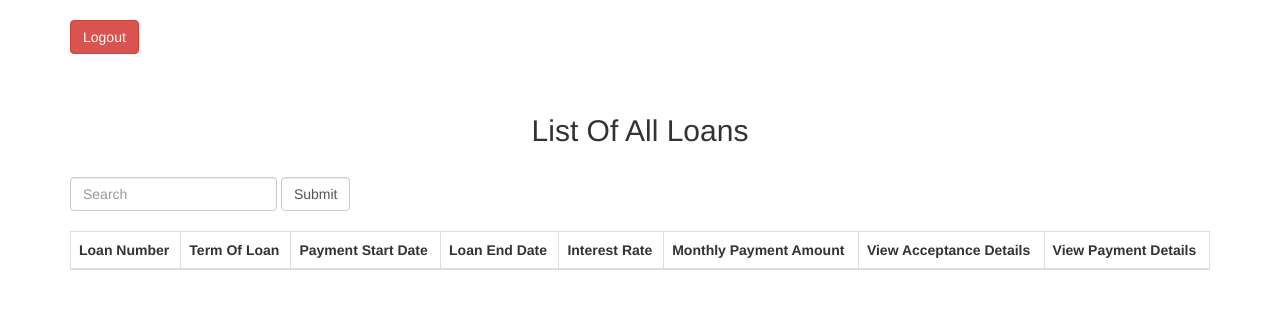
Repository: Bayvao/E-Loan-Project
Page: http://localhost/E-Loan-Project/WEB-INF/views/loan-list.jsp
These files come from the project's save history. The page is drawn as it stood at one moment and after the next save; the edit follows.
The browser window is 1280 px wide. The pictures show the whole page.
The page is served by Tomcat 9. Nobody is signed in. Other server files are loaded and not shown. The template is opened directly, without the code that normally fills it, so the values that code supplies are empty.

Above is the page before, as saved 2020-07-25 12:51:45.

### E-Loan-Project/src/main/webapp/WEB-INF/views/loan-list.jsp
<%@ taglib prefix="form" uri="http://www.springframework.org/tags/form"%>
<%@ taglib prefix="security"
	uri="http://www.springframework.org/security/tags"%>
<%@ taglib prefix="c" uri="http://java.sun.com/jsp/jstl/core"%>

<!DOCTYPE html>
<html lang="en">
<head>
<title>Loan List</title>

<meta charset="utf-8">
<meta name="viewport" content="width=device-width, initial-scale=1">
<link rel="stylesheet"
	href="https://maxcdn.bootstrapcdn.com/bootstrap/3.4.1/css/bootstrap.min.css">
<script
	src="https://ajax.googleapis.com/ajax/libs/jquery/3.5.1/jquery.min.js"></script>
<script
	src="https://maxcdn.bootstrapcdn.com/bootstrap/3.4.1/js/bootstrap.min.js"></script>


<style>
caption {
	text-align: center;
}

h2 {
	text-align: center;
}
</style>
</head>
<body>

	<div class="container">
		<br />

		<!-- Add a logout button -->
		<form:form action="${pageContext.request.contextPath}/logout"
			method="POST">

			<input type="submit" class="btn btn-danger" value="Logout" />

		</form:form>


		<br />
		<!-- display user name and role -->

		<p>

			<security:authorize access="isAuthenticated()">
        User: <security:authentication property="principal.username" />
        | Role: <security:authentication
					property="principal.authorities" />
			</security:authorize>

			<br />
		<div>
			<h2>List Of All Loans</h2>
		</div>
		<br />

		<form:form action="${pageContext.request.contextPath}/searchLoan"
			method="POST" class="form-inline">
			<i class="fas fa-search" aria-hidden="true"></i> <input
				class="form-control form-control-sm ml-3 w-75" type="text"
				placeholder="Search" aria-label="Search">
				<input
				class="form-control form-control-sm ml-3 w-75" type="submit"
				placeholder="Search" aria-label="Search">
		</form:form>
		<br>

		<table class="table table-bordered table-hover">
			<thead>
				<tr>
					<th scope="col">Loan Number</th>
					<th scope="col">Term Of Loan</th>
					<th scope="col">Payment Start Date</th>
					<th scope="col">Loan End Date</th>
					<th scope="col">Interest Rate</th>
					<th scope="col">Monthly Payment Amount</th>
					<th scope="col">View Acceptance Details</th>
					<th scope="col">View Payment Details</th>

				</tr>
			</thead>
			<tbody>
				<c:forEach items="${listLoan}" var="loan">
					<tr>
						<td scope="row">${loan.loanNumber}</td>
						<td>${loan.termOfLoan}</td>
						<td>${loan.repaymentStartDate}</td>
						<td>${loan.loanClosureDate}</td>
						<td>${loan.interestRate}</td>
						<td>${loan.monthlyPaymentAmount}</td>
						<td><a
							href="${pageContext.request.contextPath}/manager/detailView?id=${loan.loanNumber}">View
								Details</a></td>
						<td><a
							href="${pageContext.request.contextPath}/manager/viewPaymentDetails?id=${loan.loanNumber}">View
								Details</a></td>
					</tr>
				</c:forEach>
			</tbody>
		</table>
	</div>
</body>
</html>

After the next save:
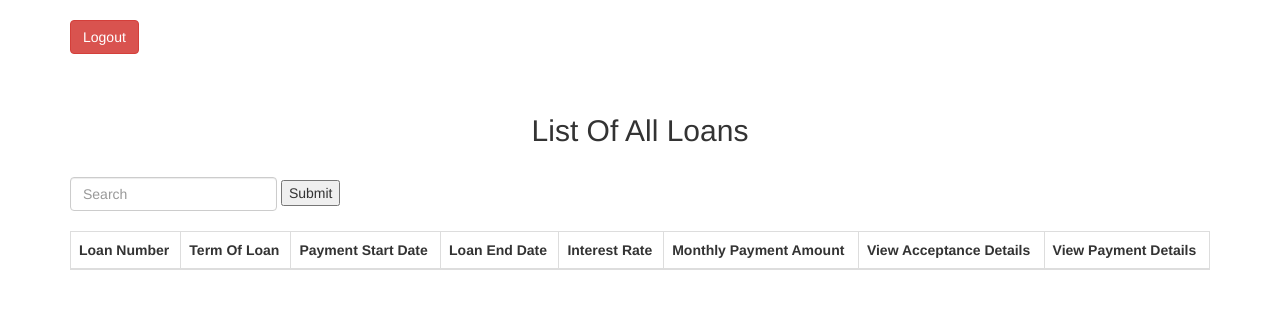
Saved 27 s later.
--- a/E-Loan-Project/src/main/webapp/WEB-INF/views/loan-list.jsp
+++ b/E-Loan-Project/src/main/webapp/WEB-INF/views/loan-list.jsp
@@ -65,7 +65,7 @@ h2 {
 				class="form-control form-control-sm ml-3 w-75" type="text"
 				placeholder="Search" aria-label="Search">
 				<input
-				class="form-control form-control-sm ml-3 w-75" type="submit"
+				class="class="btn btn-elegant btn-rounded btn-sm my-0"" type="submit"
 				placeholder="Search" aria-label="Search">
 		</form:form>
 		<br>
